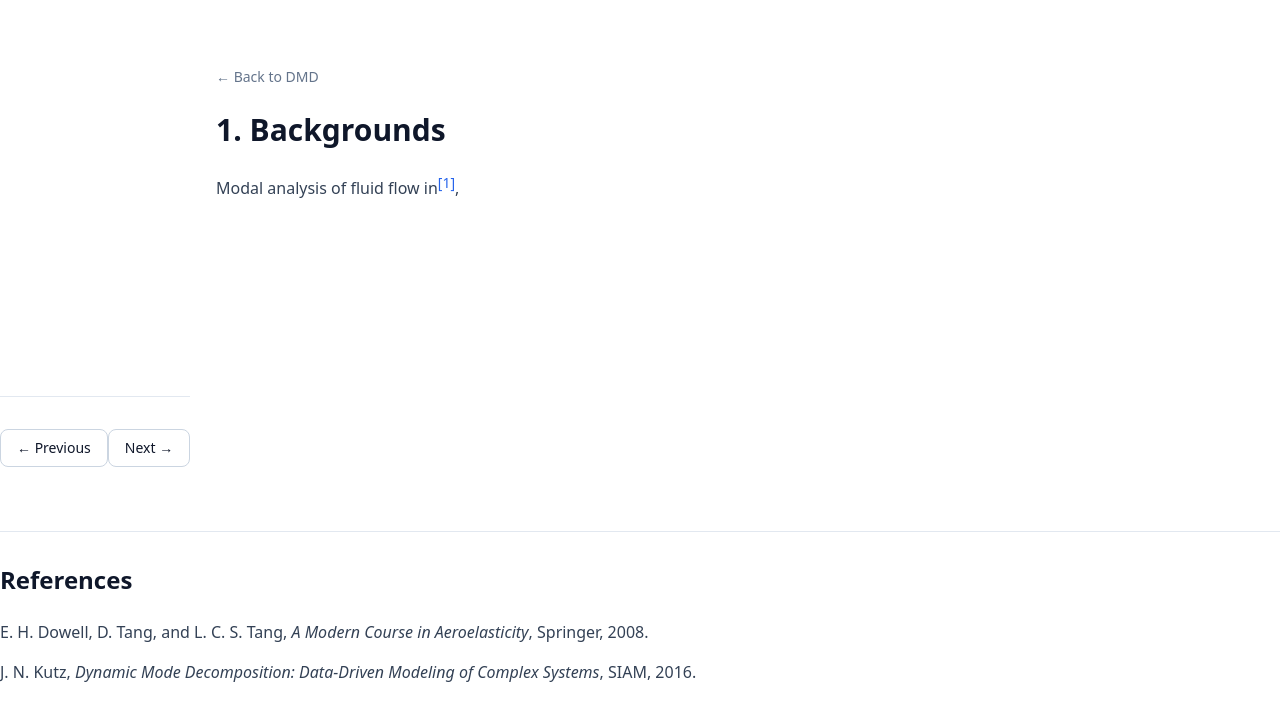
Repository: JWS625/JWS625.github.io
Page: notes/modal_analysis/01_background.html
The author's editor kept a copy of each file at every save. The page is drawn from the files as they stood at one save, then again after the next save.
The browser window is 1280 px wide. The pictures show the whole page.
Some web libraries are served in a nearby version.

Above is the page before, as saved 2026-02-20 18:31:44.

### notes/modal_analysis/01_background.html
<!doctype html>
<html>
<head>
<meta charset="utf-8">
<title>Backgrounds of Modal Analysis | Research Notes</title>
<script src="https://cdn.tailwindcss.com"></script>

<script>
window.MathJax = {
  tex: { inlineMath: [['$', '$'], ['\\(', '\\)']] }
};
</script>
<script src="https://cdn.jsdelivr.net/npm/mathjax@3/es5/tex-mml-chtml.js"></script>
</head>

<body class="bg-white text-slate-900">
<div class="max-w-4xl mx-auto px-6 py-16">

<a href="index.html" class="text-sm text-slate-500 hover:text-black">
← Back to DMD
</a>

<h1 class="text-3xl font-semibold mt-6">
1. Backgrounds
</h1>

<p class="mt-6 leading-8 text-slate-700">
  Modal analysis of fluid flow  in<a href="#ref-tu2008" class="text-blue-600 align-super text-sm">[1]</a>,
</p>
</div>

<div class="mt-16 flex justify-between items-center text-sm">

  <div class="mt-16 pt-8 border-t border-slate-200">
  <div class="flex justify-between items-center max-w-2xl mx-auto text-sm">
    <a href="02_modal_analysis.html"
       class="px-4 py-2 rounded-lg border border-slate-300 hover:bg-slate-50">
       ← Previous
    </a>

    <a href="04_kdmd.html"
       class="px-4 py-2 rounded-lg border border-slate-300 hover:bg-slate-50">
       Next →
    </a>
  </div>
  </div>
</div>

<section class="mt-16 pt-8 border-t border-slate-200">
  <h2 class="text-2xl font-semibold">References</h2>

  <ol class="mt-6 space-y-4 text-slate-700">
    <li id="ref-tu2008">
      E. H. Dowell, D. Tang, and L. C. S. Tang,
      <em>A Modern Course in Aeroelasticity</em>,
      Springer, 2008.
    </li>

    <li id="ref-kutz2016">
      J. N. Kutz,
      <em>Dynamic Mode Decomposition: Data-Driven Modeling of Complex Systems</em>,
      SIAM, 2016.
    </li>
  </ol>
</section>
</body>

</html>

After the next save:
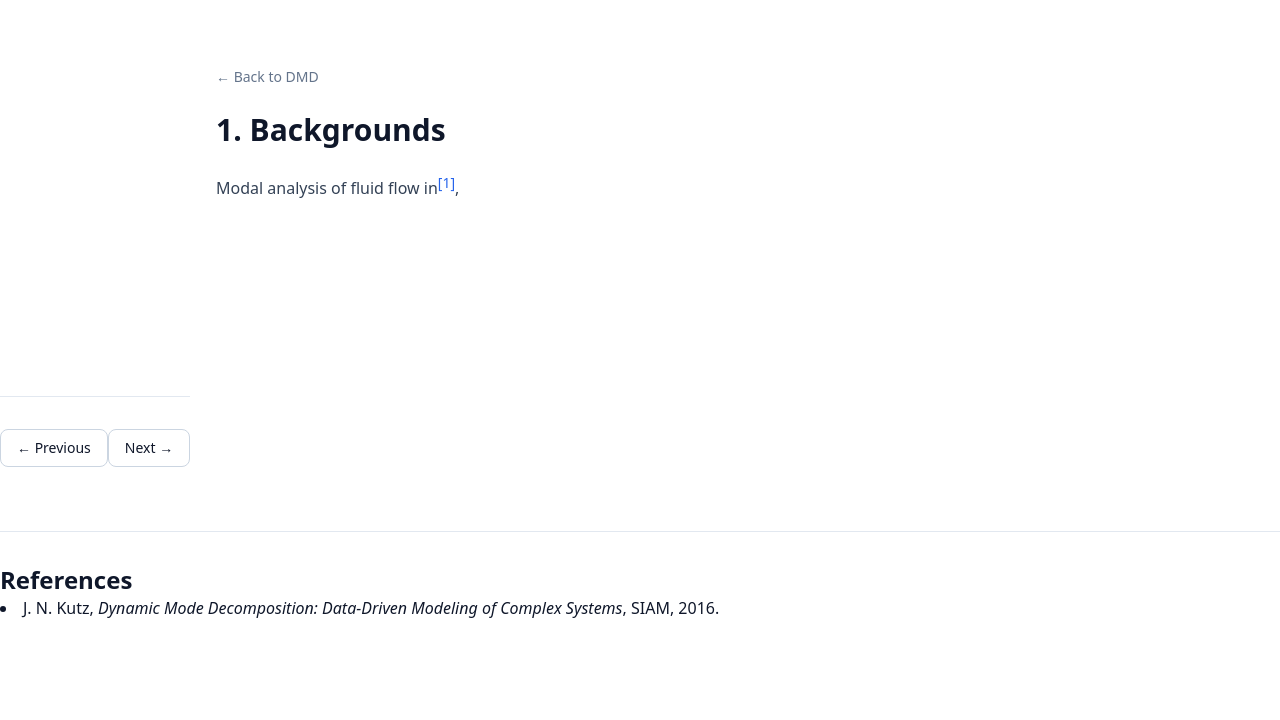
Saved 13 s later.
--- a/notes/modal_analysis/01_background.html
+++ b/notes/modal_analysis/01_background.html
@@ -49,14 +49,7 @@ window.MathJax = {
 <section class="mt-16 pt-8 border-t border-slate-200">
   <h2 class="text-2xl font-semibold">References</h2>
 
-  <ol class="mt-6 space-y-4 text-slate-700">
-    <li id="ref-tu2008">
-      E. H. Dowell, D. Tang, and L. C. S. Tang,
-      <em>A Modern Course in Aeroelasticity</em>,
-      Springer, 2008.
-    </li>
-
-    <li id="ref-kutz2016">
+    <li id="taira2017modal">
       J. N. Kutz,
       <em>Dynamic Mode Decomposition: Data-Driven Modeling of Complex Systems</em>,
       SIAM, 2016.
